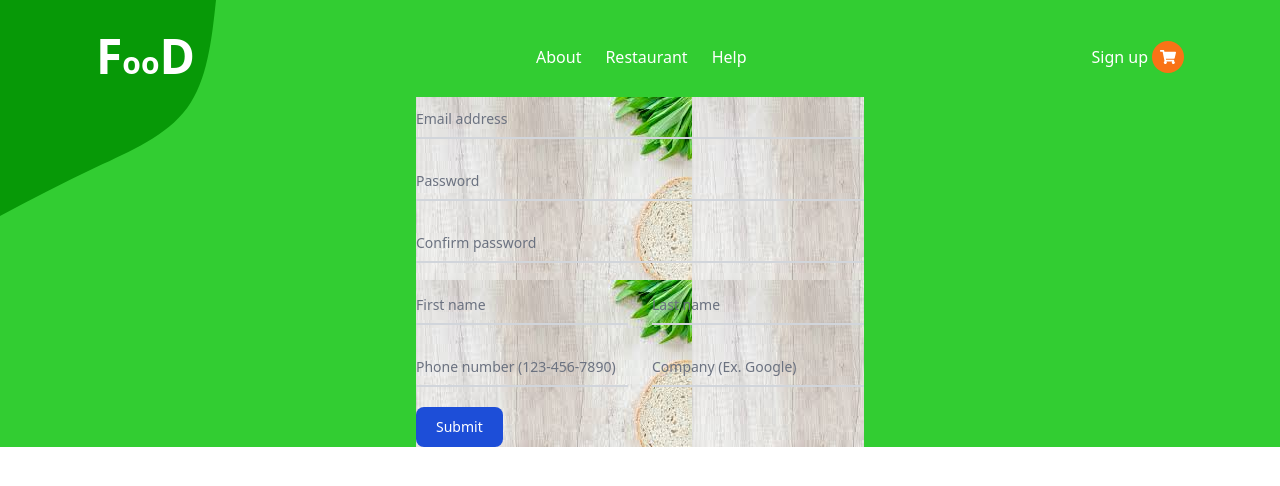
Repository: KhushiCode14/FoodWeb
Page: /signUp (app in frontend/)
These files come from the project's save history. The page is drawn as it stood at one moment and after the next save; the edit follows.
The browser window is 1280 px wide. The pictures show the whole page.
The project was rebuilt for these pictures with package versions that can differ from the ones it lists, and the page was loaded fresh each time. Also part of the build but not shown: frontend/src/Pages/Home.tsx, frontend/src/components/Home/SignIn.tsx, frontend/src/components/Home/Cart.tsx.

Above is the page before, as saved 2024-09-20 19:46:34.

### frontend/src/index.css
@tailwind base;
@tailwind components;
@tailwind utilities;

.bgBack{
  background-image: url(../src/components/images/background.svg);
}

### frontend/src/App.tsx
import { Route, BrowserRouter as Router, Routes, } from 'react-router-dom';
import './App.css';
import Navbar from './Pages/Navbar';
import Home from './Pages/Home';
import SignUp from './components/Home/SignUp';
import SignIn from './components/Home/SignIn';
import Cart from './components/Home/Cart';

function App() {
  return (
    <div className="App bgBack m-0 px-20 pt-2 max-sm:px-3 max-sm:pt-1">
      <Router>
        <Navbar />
        <Routes>
          <Route path="/" element={<Home />} />
          <Route path="/signUp" element={<SignUp />} />
          {/* Sign Up: This action is for new users who want to create an account. */}
          <Route path="/signIn" element={<SignIn />} />
          {/* Sign In: This action is for users who already have an account */}
          <Route path="/cart" element={<Cart />} />
          {/* <Route  path="/about" element={About} />
        <Route  path="/contact" element={Contact} /> */}
        </Routes>
      </Router>

    </div>
  );
}

export default App;

### frontend/src/Pages/Navbar.tsx
import { NavLink, Link } from "react-router-dom";
import { FaShoppingCart, FaCartPlus } from "react-icons/fa";
import { useState } from "react";
import { IoReorderThreeOutline } from "react-icons/io5";

interface Nav {
  to: string;
  linkName: string;
}

const Navbar: React.FC = () => {
  const [sign, setSign] = useState<string>('Sign up');
  const [menu, setMenu] = useState<boolean>(false);
  const [cart, setCart] = useState<JSX.Element>(<FaShoppingCart />);

  const navLinks: Nav[] = [
    { to: "/about", linkName: "About" },
    { to: "/", linkName: "Restaurant" },
    { to: "/help", linkName: "Help" },
  ];

  const handleSignToggle = () => {
    setSign((prev) => (prev === 'Sign up' ? 'Sign in' : 'Sign up'));
  };

  const handleCartToggle = () => {
    setCart((prevCart) =>
      prevCart.type === FaShoppingCart ? <FaCartPlus /> : <FaShoppingCart />
    );
  };

  return (
    <div className="mt-2 flex justify-between items-center text-white  p-4">
      <div className="font-bold text-3xl">
        <Link to="/">
          <span className="text-5xl">F</span>oo<span className="text-5xl">D</span>
        </Link>
      </div>

      {/* Desktop Menu */}
      <div className="hidden md:flex">
        {navLinks.map((link, index) => (
          <Link key={index} to={link.to} className="mx-3 hover:text-gray-400">
            {link.linkName}
          </Link>
        ))}
      </div>

      {/* Mobile Menu Button */}
      <div className="flex items-center relative">
        <button className="hidden md:block">
          <NavLink to="/signUp" onClick={handleSignToggle} className="m-1">
            {sign}
          </NavLink>
        </button>

        <div onClick={handleCartToggle} className="bg-orange-500 p-2 rounded-full cursor-pointer">
         <Link to="/cart"> {cart}</Link>
        </div>

        <div className="md:hidden flex items-center ml-3">
          <IoReorderThreeOutline onClick={() => setMenu(!menu)} className="text-2xl cursor-pointer" />
        </div>
      </div>

      {/* Mobile Dropdown Menu */}
      {menu && (
        <div className="md:hidden mt-2 absolute right-0 w-40 bg-orange-500  p-2 rounded-lg z-10 top-20">
          <ul className="flex flex-col">
            {navLinks.map((link, index) => (
              <li key={index} className="my-1">
                <Link to={link.to} className="block px-4 py-2 text-white text-1xl  hover:bg-orange-800 rounded">
                  {link.linkName}
                </Link>
              </li>
            ))}
          </ul>
        </div>
      )}
    </div>
  );
};

export default Navbar;

### frontend/src/components/Home/SignUp.tsx
import React, { useState } from 'react';

const FormComponent: React.FC = () => {
  const [formData, setFormData] = useState({
    email: '',
    password: '',
    repeatPassword: '',
    firstName: '',
    lastName: '',
    phone: '',
    company: ''
  });

  const handleChange = (e: React.ChangeEvent<HTMLInputElement>) => {
    setFormData({ ...formData, [e.target.name]: e.target.value });
  };

  const handleSubmit = (e: React.FormEvent) => {
    e.preventDefault();
    console.log(formData);
    // Add form submission logic here
  };

  return (
    <form className="max-w-md mx-auto bg-[url('../images/signUpBg.jpeg')]" onSubmit={handleSubmit} >
      <div className="relative z-0 w-full mb-5 group">
        <input
          type="email"
          name="email"
          id="floating_email"
          className="block py-2.5 px-0 w-full text-sm text-gray-900 bg-transparent border-0 border-b-2 border-gray-300 appearance-none dark:text-white dark:border-gray-600 dark:focus:border-blue-500 focus:outline-none focus:ring-0 focus:border-blue-600 peer"
          placeholder=" "
          value={formData.email}
          onChange={handleChange}
          required
        />
        <label
          htmlFor="floating_email"
          className="peer-focus:font-medium absolute text-sm text-gray-500 dark:text-gray-400 duration-300 transform -translate-y-6 scale-75 top-3 -z-10 origin-[0] peer-focus:start-0 rtl:peer-focus:translate-x-1/4 peer-focus:text-blue-600 peer-focus:dark:text-blue-500 peer-placeholder-shown:scale-100 peer-placeholder-shown:translate-y-0 peer-focus:scale-75 peer-focus:-translate-y-6"
        >
          Email address
        </label>
      </div>

      <div className="relative z-0 w-full mb-5 group">
        <input
          type="password"
          name="password"
          id="floating_password"
          className="block py-2.5 px-0 w-full text-sm text-gray-900 bg-transparent border-0 border-b-2 border-gray-300 appearance-none dark:text-white dark:border-gray-600 dark:focus:border-blue-500 focus:outline-none focus:ring-0 focus:border-blue-600 peer"
          placeholder=" "
          value={formData.password}
          onChange={handleChange}
          required
        />
        <label
          htmlFor="floating_password"
          className="peer-focus:font-medium absolute text-sm text-gray-500 dark:text-gray-400 duration-300 transform -translate-y-6 scale-75 top-3 -z-10 origin-[0] peer-focus:start-0 rtl:peer-focus:translate-x-1/4 peer-focus:text-blue-600 peer-focus:dark:text-blue-500 peer-placeholder-shown:scale-100 peer-placeholder-shown:translate-y-0 peer-focus:scale-75 peer-focus:-translate-y-6"
        >
          Password
        </label>
      </div>

      <div className="relative z-0 w-full mb-5 group">
        <input
          type="password"
          name="repeatPassword"
          id="floating_repeat_password"
          className="block py-2.5 px-0 w-full text-sm text-gray-900 bg-transparent border-0 border-b-2 border-gray-300 appearance-none dark:text-white dark:border-gray-600 dark:focus:border-blue-500 focus:outline-none focus:ring-0 focus:border-blue-600 peer"
          placeholder=" "
          value={formData.repeatPassword}
          onChange={handleChange}
          required
        />
        <label
          htmlFor="floating_repeat_password"
          className="peer-focus:font-medium absolute text-sm text-gray-500 dark:text-gray-400 duration-300 transform -translate-y-6 scale-75 top-3 -z-10 origin-[0] peer-focus:start-0 rtl:peer-focus:translate-x-1/4 peer-focus:text-blue-600 peer-focus:dark:text-blue-500 peer-placeholder-shown:scale-100 peer-placeholder-shown:translate-y-0 peer-focus:scale-75 peer-focus:-translate-y-6"
        >
          Confirm password
        </label>
      </div>

      <div className="grid md:grid-cols-2 md:gap-6">
        <div className="relative z-0 w-full mb-5 group">
          <input
            type="text"
            name="firstName"
            id="floating_first_name"
            className="block py-2.5 px-0 w-full text-sm text-gray-900 bg-transparent border-0 border-b-2 border-gray-300 appearance-none dark:text-white dark:border-gray-600 dark:focus:border-blue-500 focus:outline-none focus:ring-0 focus:border-blue-600 peer"
            placeholder=" "
            value={formData.firstName}
            onChange={handleChange}
            required
          />
          <label
            htmlFor="floating_first_name"
            className="peer-focus:font-medium absolute text-sm text-gray-500 dark:text-gray-400 duration-300 transform -translate-y-6 scale-75 top-3 -z-10 origin-[0] peer-focus:start-0 rtl:peer-focus:translate-x-1/4 peer-focus:text-blue-600 peer-focus:dark:text-blue-500 peer-placeholder-shown:scale-100 peer-placeholder-shown:translate-y-0 peer-focus:scale-75 peer-focus:-translate-y-6"
          >
            First name
          </label>
        </div>

        <div className="relative z-0 w-full mb-5 group">
          <input
            type="text"
            name="lastName"
            id="floating_last_name"
            className="block py-2.5 px-0 w-full text-sm text-gray-900 bg-transparent border-0 border-b-2 border-gray-300 appearance-none dark:text-white dark:border-gray-600 dark:focus:border-blue-500 focus:outline-none focus:ring-0 focus:border-blue-600 peer"
            placeholder=" "
            value={formData.lastName}
            onChange={handleChange}
            required
          />
          <label
            htmlFor="floating_last_name"
            className="peer-focus:font-medium absolute text-sm text-gray-500 dark:text-gray-400 duration-300 transform -translate-y-6 scale-75 top-3 -z-10 origin-[0] peer-focus:start-0 rtl:peer-focus:translate-x-1/4 peer-focus:text-blue-600 peer-focus:dark:text-blue-500 peer-placeholder-shown:scale-100 peer-placeholder-shown:translate-y-0 peer-focus:scale-75 peer-focus:-translate-y-6"
          >
            Last name
          </label>
        </div>
      </div>

      <div className="grid md:grid-cols-2 md:gap-6">
        <div className="relative z-0 w-full mb-5 group">
          <input
            type="tel"
            pattern="[0-9]{3}-[0-9]{3}-[0-9]{4}"
            name="phone"
            id="floating_phone"
            className="block py-2.5 px-0 w-full text-sm text-gray-900 bg-transparent border-0 border-b-2 border-gray-300 appearance-none dark:text-white dark:border-gray-600 dark:focus:border-blue-500 focus:outline-none focus:ring-0 focus:border-blue-600 peer"
            placeholder=" "
            value={formData.phone}
            onChange={handleChange}
            required
          />
          <label
            htmlFor="floating_phone"
            className="peer-focus:font-medium absolute text-sm text-gray-500 dark:text-gray-400 duration-300 transform -translate-y-6 scale-75 top-3 -z-10 origin-[0] peer-focus:start-0 rtl:peer-focus:translate-x-1/4 peer-focus:text-blue-600 peer-focus:dark:text-blue-500 peer-placeholder-shown:scale-100 peer-placeholder-shown:translate-y-0 peer-focus:scale-75 peer-focus:-translate-y-6"
          >
            Phone number (123-456-7890)
          </label>
        </div>

        <div className="relative z-0 w-full mb-5 group">
          <input
            type="text"
            name="company"
            id="floating_company"
            className="block py-2.5 px-0 w-full text-sm text-gray-900 bg-transparent border-0 border-b-2 border-gray-300 appearance-none dark:text-white dark:border-gray-600 dark:focus:border-blue-500 focus:outline-none focus:ring-0 focus:border-blue-600 peer"
            placeholder=" "
            value={formData.company}
            onChange={handleChange}
            required
          />
          <label
            htmlFor="floating_company"
            className="peer-focus:font-medium absolute text-sm text-gray-500 dark:text-gray-400 duration-300 transform -translate-y-6 scale-75 top-3 -z-10 origin-[0] peer-focus:start-0 rtl:peer-focus:translate-x-1/4 peer-focus:text-blue-600 peer-focus:dark:text-blue-500 peer-placeholder-shown:scale-100 peer-placeholder-shown:translate-y-0 peer-focus:scale-75 peer-focus:-translate-y-6"
          >
            Company (Ex. Google)
          </label>
        </div>
      </div>

      <button
        type="submit"
        className="text-white bg-blue-700 hover:bg-blue-800 focus:ring-4 focus:outline-none focus:ring-blue-300 font-medium rounded-lg text-sm w-full sm:w-auto px-5 py-2.5 text-center dark:bg-blue-600 dark:hover:bg-blue-700 dark:focus:ring-blue-800"
      >
        Submit
      </button>
    </form>
  );
};

export default FormComponent;

### frontend/tailwind.config.js
/** @type {import('tailwindcss').Config} */
module.exports = {
  content: [
    "./src/**/*.{js,jsx,ts,tsx}",
  ],
  theme: {
    extend: {
      fontFamily: {
        'cursive': ['Pacifico', 'cursive']
      }
    },
  },
  plugins: [],
}

Loaded but not shown: frontend/public/index.html (common file); frontend/src/index.tsx (common file); frontend/src/reportWebVitals.ts (common file); frontend/src/App.css (no stored copy; drawn as an empty file)

After the next save:
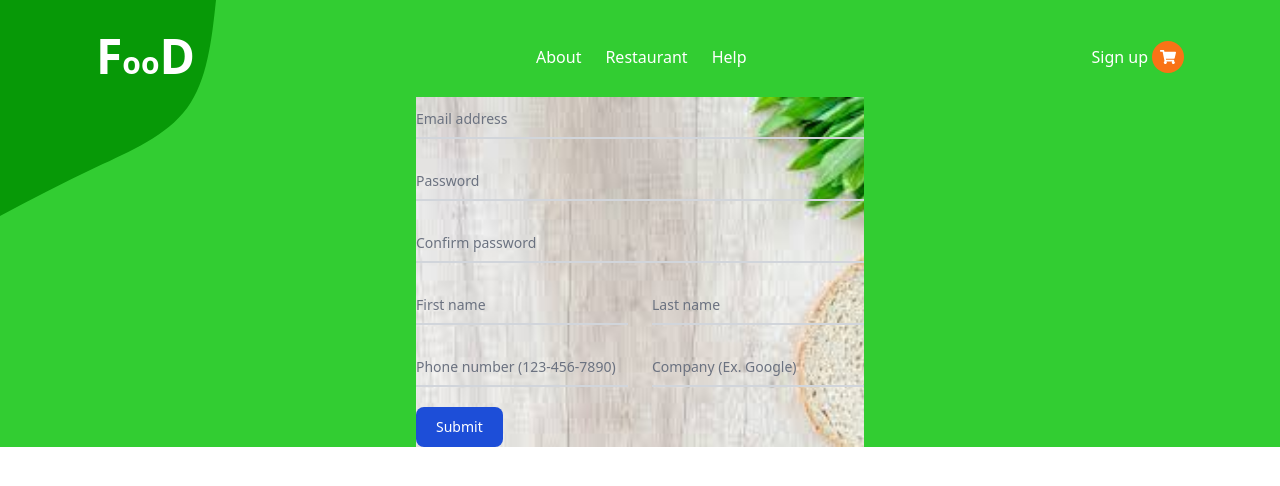
Saved 23 s later.
--- a/frontend/src/components/Home/SignUp.tsx
+++ b/frontend/src/components/Home/SignUp.tsx
@@ -22,7 +22,7 @@ const FormComponent: React.FC = () => {
   };
 
   return (
-    <form className="max-w-md mx-auto bg-[url('../images/signUpBg.jpeg')]" onSubmit={handleSubmit} >
+    <form className="max-w-md mx-auto bg-[url('../images/signUpBg.jpeg')] w-full bg-cover bg-center" onSubmit={handleSubmit} >
       <div className="relative z-0 w-full mb-5 group">
         <input
           type="email"
